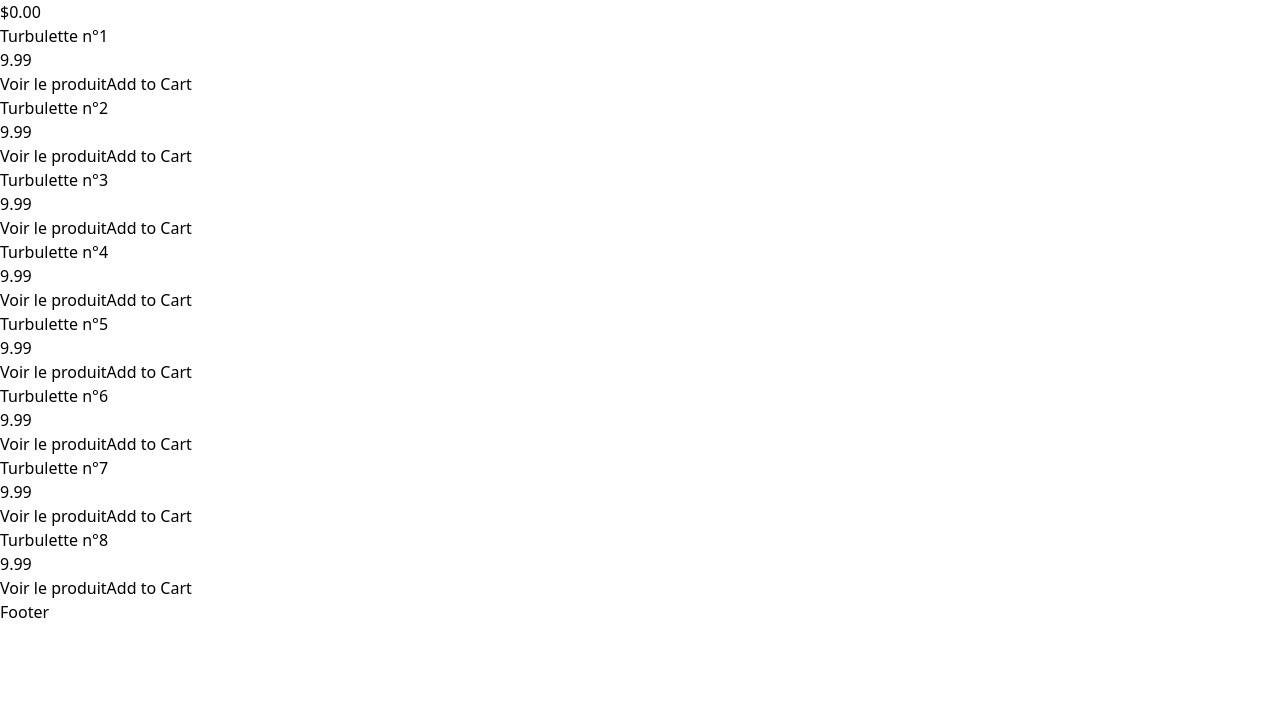
Repository: dimitrivitulin/ecommerce-next-js
Page: /
These files come from the project's save history. The page is drawn as it stood at one moment and after the next save; the edit follows.
The browser window is 1280 px wide. The pictures show the whole page.
The page's requests for data from a server got no answer. The project was rebuilt for these pictures with package versions that can differ from the ones it lists, and the page was loaded fresh each time. The framework's server and built-in components were replaced by stand-ins that run in the browser. No one was signed in, and anything a server would have sent is missing. Also part of the build but not shown: next.config.js.

Above is the page before, as saved 2023-01-15 00:57:37.

After the next save:
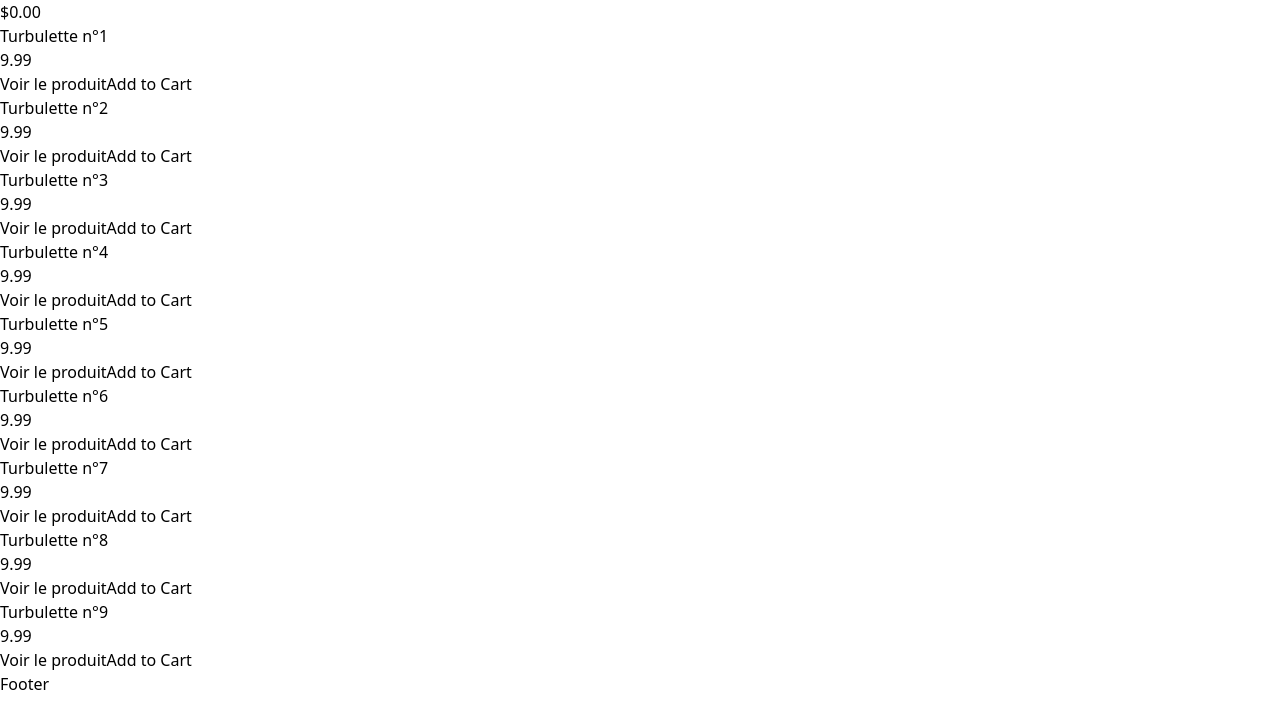
Saved 14 min 16 s later.
--- a/data/products.json
+++ b/data/products.json
@@ -3,48 +3,54 @@
     "id": "1",
     "name": "Turbulette n°1",
     "price": 9.99,
-    "image" : "/image"
+    "image" : "/images/gigoteuse_1.jpg"
   },
   {
     "id": "2",
     "name": "Turbulette n°2",
     "price": 9.99,
-    "image" : "/image"
+    "image" : "/images/gigoteuse_2.jpg"
   },
   {
     "id": "3",
     "name": "Turbulette n°3",
     "price": 9.99,
-    "image" : "/image"
+    "image" : "/images/gigoteuse_3.jpg"
   },
   {
     "id": "4",
     "name": "Turbulette n°4",
     "price": 9.99,
-    "image" : "/image"
+    "image" : "/images/gigoteuse_4.jpg"
   },
   {
     "id": "5",
     "name": "Turbulette n°5",
     "price": 9.99,
-    "image" : "/image"
+    "image" : "/images/gigoteuse_5.jpg"
   },
   {
     "id": "6",
     "name": "Turbulette n°6",
     "price": 9.99,
-    "image" : "/image"
+    "image" : "/images/gigoteuse_6.jpg"
   },
   {
     "id": "7",
     "name": "Turbulette n°7",
     "price": 9.99,
-    "image" : "/image"
+    "image" : "/images/gigoteuse_7.jpg"
   },
   {
     "id": "8",
     "name": "Turbulette n°8",
     "price": 9.99,
-    "image" : "/image"
+    "image" : "/images/gigoteuse_8.jpg"
+  },
+  {
+    "id": "9",
+    "name": "Turbulette n°9",
+    "price": 9.99,
+    "image" : "/images/gigoteuse_9.jpg"
   }
 ]
